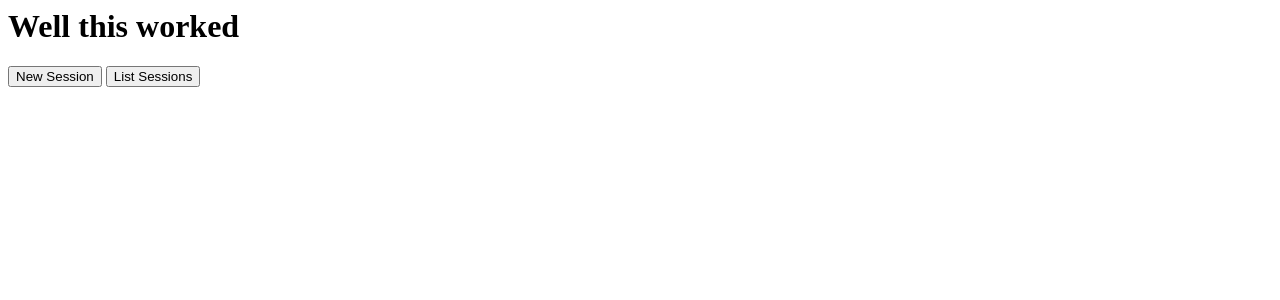
Repository: mmiscool/FC-Docker
Page: proxyServer/html/index.html
The author's editor kept a record of every edit. The page is drawn from the files as they stood at one moment, then again after the next edit.
The browser window is 1280 px wide. The pictures show the whole page.
After loading, the first visible `button[onclick="createUser()"]` was clicked once.
The page's requests for data from a server got no answer. Some web libraries are served in a nearby version.

Above is the page before.

After the next edit:
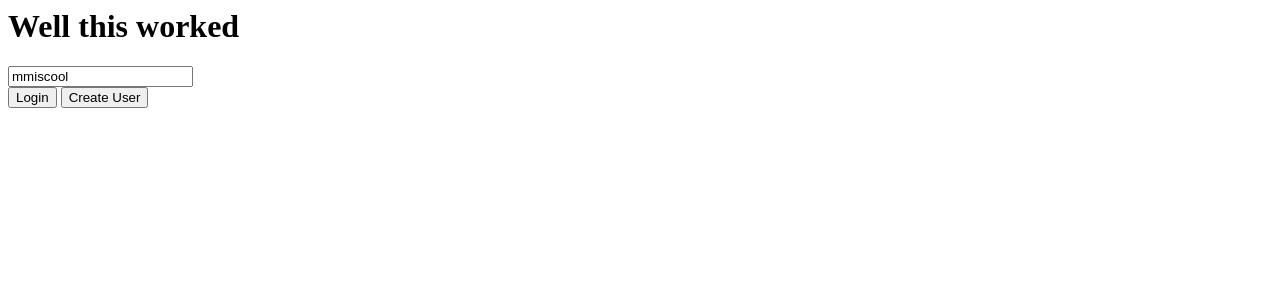
Console error (its wording comes from the project's code and is left out).
The edit:
--- a/proxyServer/html/index.html
+++ b/proxyServer/html/index.html
@@ -29,11 +29,11 @@
 
 
     async function createUser() {
-        userName = $("#username").val().trim();
-        if (/^[a-zA-Z0-9]+$/.test(userName)) {
-            $("#userFunctions").show();
-            $("#login").hide();
-        }
+        ;
+        serverResponse = await $.get('./cmd/newUser' + "/" + $("#username").val().trim()  )
+
+
+        alert(serverResponse);
     }
 
 
